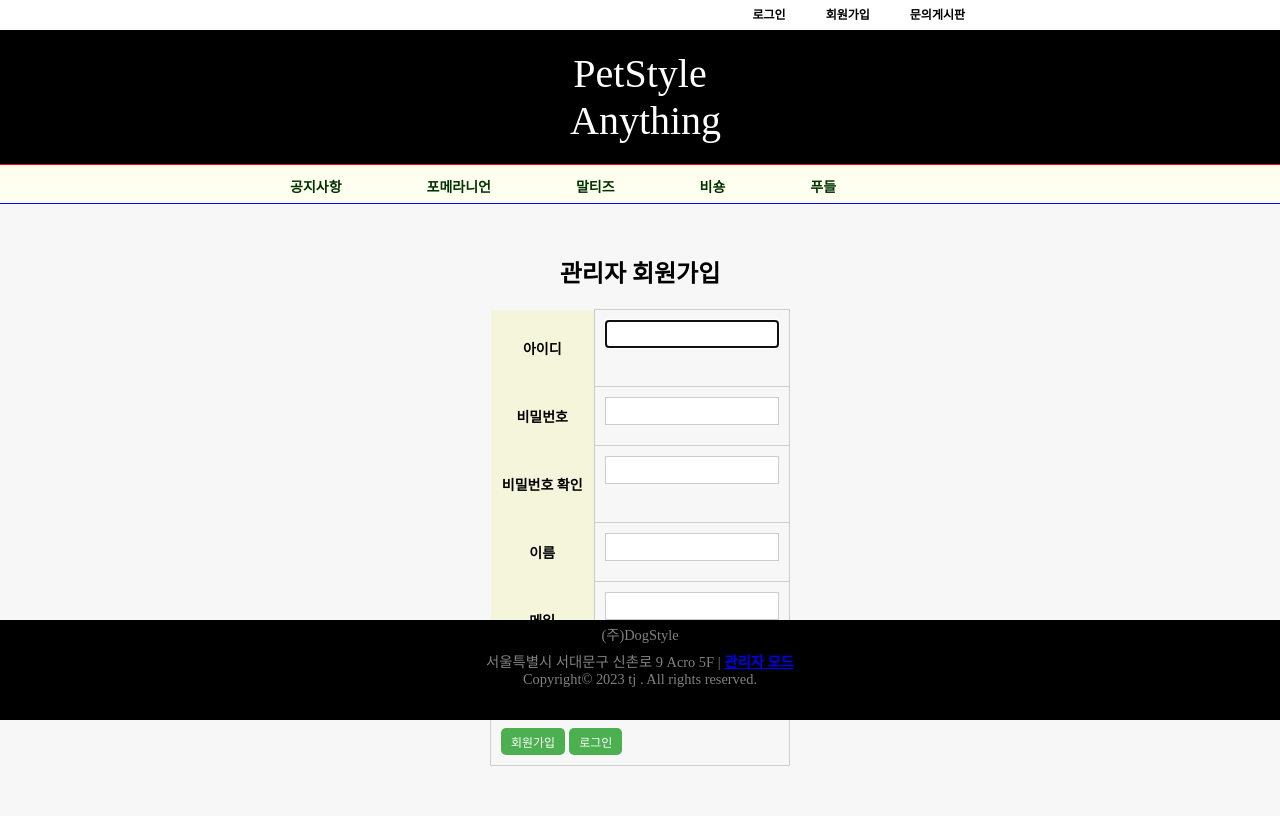
Repository: kdkk2000/Project
Page: http://localhost/petstyle/admin/adminJoin.jsp
The author's editor kept a copy of each file at every save. The page is drawn from the files as they stood at one save, then again after the next save.
The browser window is 1280 px wide. The pictures show the whole page.
The page is served by Tomcat 9. Other server files are loaded and not shown. The template is opened directly, without the code that normally fills it, so the values that code supplies are empty.

Above is the page before, as saved 2023-03-29 06:28:26.

### petstyle/WebContent/admin/adminJoin.jsp
<%@ page language="java" contentType="text/html; charset=UTF-8"
    pageEncoding="UTF-8"%>
<%@ taglib prefix="c" uri="http://java.sun.com/jsp/jstl/core" %>
<%@ taglib prefix="fmt" uri="http://java.sun.com/jsp/jstl/fmt"%>
<c:set var="conPath" value="${pageContext.request.contextPath }"/>
<!DOCTYPE html>
<html>
<head>
	<meta charset="UTF-8">
	<title>Admin Join</title>
	<link href="${conPath }/css/loginJoin.css" rel="stylesheet">
	<link rel="stylesheet" href="//code.jquery.com/ui/1.13.2/themes/base/jquery-ui.css">
	<script src="https://code.jquery.com/jquery-3.6.0.js"></script>
	<script src="https://code.jquery.com/ui/1.13.2/jquery-ui.js"></script>
	<script>
		$(function(){
			$('input[name="adminId"]').keyup(function(){
				var adminId = $(this).val();
				if(adminId.length<2){
					$('#adminIdConfirmResult').text('아이디는 2글자 이상');
				}else{
					$.ajax({
						url : '${conPath}/adminIdConfirm.do',
						type : 'get',
						data : 'adminId='+adminId,
						dataType : 'html',
						success : function(data){
							$('#adminIdConfirmResult').html(data);
						},
					});// ajax함수
				}//if
			});// keyup event
			$('input[name="adminPw"], input[name="adminPwChk"]').keyup(function(){
				var pw = $('input[name="adminPw"]').val();
				var pwChk = $('input[name="adminPwChk"]').val();
				if(pw == pwChk){
					$('#adminPwChkResult').text('비밀번호 일치');
				}else{
					$('#adminPwChkResult').text('비밀번호 불일치');
				}
			});// keyup event(비밀번호 일치 확인용)
			$('form').submit(function(){
				var adminIdConfirmResult = $('#adminIdConfirmResult').text().trim();
				var adminPwChkResult = $('#adminPwChkResult').text().trim();
				if(adminIdConfirmResult != '사용 가능한 ID입니다'){
					alert('사용 불가한 아이디입니다');
					$('input[name="adminId"]').focus();
					return false; // submit 제한
				}else if(adminPwChkResult != '비밀번호 일치'){
					alert('비밀번호를 확인하세요');
					$('input[name="adminPw"]').focus();
					return false;
				}
			});
		});
	</script>
</head>
<body>
	<jsp:include page="../main/header.jsp"/>
	<div id="content_form">
		<form action="${conPath}/adminJoin.do" method="post">
			<table>
				<caption>관리자 회원가입</caption>
				<tr>
				    <th>아이디</th>
				    <td>
				        <input type="text" name="adminId" required="required" autofocus="autofocus">
				        <div id="adminIdConfirmResult"> &nbsp; </div>
				    </td>
				</tr>
				<tr>
				    <th>비밀번호</th>
				    <td><input type="password" name="adminPw" required="required"></td>
				</tr>
				<tr>
				    <th>비밀번호 확인</th>
				    <td>
				        <input type="password" name="adminPwChk" required="required">
				        <div id="adminPwChkResult"> &nbsp; </div>
				    </td>
				</tr>
				<tr>
				    <th>이름</th>
				    <td><input type="text" name="adminName" required="required"></td>
				</tr>
				<tr>
				    <th>메일</th>
				    <td>
				        <input type="text" name="adminEmail" required="required">
				        <div id="adminEmailConfirmResult"> &nbsp; </div>
				    </td>
				</tr>
				<tr>
				    <th>전화번호</th>
				    <td><input type="text" name="adminPhone"></td>
				</tr>
				<tr>
					<td colspan="2">
						<p>
							<input type="submit" value="회원가입" class="btn">
							<input type="button" value="로그인" class="btn" onclick="location='${conPath}/adminLoginView.do'">
						</p>
					</td>
				</tr>
			</table>
		</form>
	</div>
	<jsp:include page="../main/footer.jsp"/>
</body>
</html>

### petstyle/WebContent/main/header.jsp
<%@ page language="java" contentType="text/html; charset=UTF-8"
    pageEncoding="UTF-8"%>
<%@taglib prefix="c" uri="http://java.sun.com/jsp/jstl/core"%>
<%@taglib prefix="fmt" uri="http://java.sun.com/jsp/jstl/fmt" %>
<c:set var="conPath" value="${pageContext.request.contextPath }"/>
<!DOCTYPE html>
<html>
<head>
	<meta charset="UTF-8">
	<title>Insert title here</title>
<style>
	*{padding:0; margin: 0;}
	header {
		background-color: black; font-size: 10pt; color: white;
	}
	header a {text-decoration: none; font-weight: bold;}
	header li {list-style: none;}
	header .gnb {
	    width: 100%;
	    background-color: white;
	    margin-left: auto;
	}
	header .gnb ul {
		overflow: hidden;
		width:700px;
		height: 30px;
		line-height: 30px;
		margin: 0 auto;
	}
	header .gnb ul li {	float: right; margin-right:10px;}
	header .gnb a {
		color : black;
		font-size: 0.9em;
		display: block;
		padding-left:15px;
		padding-right:15px;
	}
	header .gnb a:hover {
		font-size: 1.2em;
  		background-color: black;
  		color: white;
	}

	header .logo{
		width:140px; text-align:center;
		margin: 20px auto; font-size:3em;
		cursor: pointer;
	}
	header .lnb {
		background-color: ivory;
	  	width: 100%; height: 40px;
	  	border-top: 1px solid red;
		border-bottom: 1px solid blue;
		position:relative; /*서브메뉴가 main영역 위로 */
	}
	header .lnb ul{
		text-align:center;
		overflow: hidden;
		width:800px;
		margin: 0 auto;
	}
	header .lnb ul>li {
		font-weight: bold;
		font-size: 14px;
		margin: 5px;
		margin-left: 20px;
		float:left;
		padding:5px 30px;
		line-height: 25px;
	}
	header .lnb li:hover {
  		background-color: black;
  		color: white;
	}
	header .lnb a {
		color : white;
		font-size: 0.9em;
		display: block;
		padding-left:15px;
		padding-right:15px;
	}
	header .lnb a:hover {
  		background-color: yellow;
  		color: black;
	}
	header .lnb li {color: #003300;}
	header .lnb ul li .subMenu {display:none;}
	header .lnb ul li:hover .subMenu {display: block; margin: 10px 0 0 0;}
</style>
</head>
<body>
<header>
	<c:if test="${empty user and empty admin}"> <%-- 로그인 전 화면 --%>
		<div class="gnb">
			<ul>
				<li><a href="${conPath }/boardList.do">문의게시판</a></li>
				<li><a href="${conPath }/joinView.do">회원가입</a></li>
				<li><a href="${conPath }/loginView.do">로그인</a></li>
			</ul>
		</div>
		<div class="logo" onclick="location.href='${conPath}/main.do'">
			PetStyle Anything
		</div>
		<div class="lnb">
			<ul>
				<li>공지사항
					<ol class="subMenu">
						<li><a href="${conPath }/noticeList.do">공지사항</a></li>
					</ol>
				</li>
				<li>포메라니언
					<ol class="subMenu">
						<li><a href="../fileBoardUp/dog.jpg">곰돌이컷</a></li>
						<li><a href="#">물개컷</a></li>
						<li><a href="#">포메컷</a></li>
						<li><a href="#">라이언컷</a></li>
						<li><a href="#">풀코트</a></li>
					</ol>
				</li>
				<li>말티즈
					<ol class="subMenu">
						<li><a href="#">알밤컷</a></li>
						<li><a href="#">곰돌이컷</a></li>
						<li><a href="#">베이비컷 </a></li>
						<li><a href="#">무스타슈 </a></li>
					</ol>
				</li>
				<li>비숑
					<ol class="subMenu">
						<li><a href="#">하이바컷</a></li>
						<li><a href="#">귀툭튀컷</a></li>
					</ol>
				</li>
				<li>푸들
					<ol class="subMenu">
						<li><a href="#">양컷</a></li>
						<li><a href="#">몽키컷</a></li>
						<li><a href="#">브로콜리컷</a></li>
						<li><a href="#">테디베어컷</a></li>
						<li><a href="#">귀똑컷</a></li>
					</ol>
				</li>
			</ul>
		</div>
	</c:if>
	<c:if test="${not empty user and empty admin}"> <%-- 사용자 모드 로그인 화면--%>
		<div class="gnb">
			<ul>
				<li><a href="${conPath }/boardList.do">문의게시판</a></li>
				<li><a href="${conPath }/logout.do">로그아웃</a></li>
				<li><a href="${conPath }/modifyView.do">정보수정</a></li>
				<li><a>${user.userName }님 &nbsp; ▶</a></li>
			</ul>
		</div>
		<div class="logo" onclick="location.href='${conPath}/main.do'">
			PetStyle Anything
		</div>
		<div class="lnb">
			<ul>
				<li>공지사항
					<ol class="subMenu">
						<li><a href="${conPath }/noticeList.do">공지사항</a></li>
					</ol>
				</li>
				<li>포메라니언
					<ol class="subMenu">
						<li><a href="#">곰돌이컷</a></li>
						<li><a href="#">물개컷</a></li>
						<li><a href="#">포메컷</a></li>
						<li><a href="#">라이언컷</a></li>
						<li><a href="#">풀코트컷</a></li>
					</ol>
				</li>
				<li>말티즈
					<ol class="subMenu">
						<li><a href="#">알밤컷</a></li>
						<li><a href="#">곰돌이컷</a></li>
						<li><a href="#">베이비컷 </a></li>
						<li><a href="#">무스타슈컷 </a></li>
					</ol>
				</li>
				<li>비숑
					<ol class="subMenu">
						<li><a href="#">하이바컷</a></li>
						<li><a href="#">귀툭튀컷</a></li>
					</ol>
				</li>
				<li>푸들
					<ol class="subMenu">
						<li><a href="#">양컷</a></li>
						<li><a href="#">몽키컷</a></li>
						<li><a href="#">브로콜리컷</a></li>
						<li><a href="#">테디베어컷</a></li>
						<li><a href="#">귀똑컷</a></li>
					</ol>
				</li>
			</ul>
		</div>
	</c:if>
	<c:if test="${empty user and not empty admin}"> <%-- 관리자 모드 로그인 화면--%>
		<div class="gnb">
			<ul>
				<li><a href="${conPath }/boardList.do">문의게시판</a></li>
				<li><a href="${conPath }/logout.do">관리자모드나가기</a></li>
				<li><a href="${conPath }/adminModify.do">정보수정</a></li>
				<li><a>${admin.adminName }님 &nbsp; ▶</a></li>
			</ul>
		</div>
		<div class="logo" onclick="location.href='${conPath}/main.do'">
			PetStyle Anything
		</div>
		<div class="lnb">
			<ul>
				<li>공지사항
					<ol class="subMenu">
						<li><a href="${conPath }/noticeList.do">공지사항</a></li>
					</ol>
				</li>
				<li>회원 리스트
					<ol class="subMenu">
						<li><a href="${conPath }/allUser.do">회원 리스트</a></li>
					</ol>
				</li>
				<li>관리자 메모장
					<ol class="subMenu">
						<li><a href="#">관리자 메모장</a></li>
					</ol>
				</li>
			</ul>
		</div>
	</c:if>
</header>
</body>
</html>

### petstyle/WebContent/main/footer.jsp
<%@ page language="java" contentType="text/html; charset=UTF-8"
    pageEncoding="UTF-8"%>
<%@taglib prefix="c" uri="http://java.sun.com/jsp/jstl/core"%>
<%@taglib prefix="fmt" uri="http://java.sun.com/jsp/jstl/fmt" %>
<c:set var="conPath" value="${pageContext.request.contextPath }"/>
<!DOCTYPE html>
<html>
<head>
<meta charset="UTF-8">
<title>Insert title here</title>
	<style>
	footer {
		position: fixed;
		bottom: 0;
		height: 100px;
		background-color: black;
		width: 100%;
	}

	#footer_conts {
		color: gray;
		font-size: 0.9em;
		text-align: center;
		margin: 0 auto;
		width: 80%;
	}

	#footer_conts p:first-child {
		height: 30px;
		line-height: 30px;
	}
</style>
</head>
<body>
	<footer>
		<div id="footer_conts">
			<p>(주)DogStyle</p>
			<p>서울특별시 서대문구 신촌로 9 Acro 5F | <b><a href="${conPath }/adminLoginView.do">관리자 모드</a></b></p>
			<p>Copyright© 2023 tj . All rights reserved.</p>
		</div>
	</footer>
</body>
</html>

### petstyle/WebContent/css/loginJoin.css
* {
  box-sizing: border-box;
  margin: 0;
  padding: 0;
}

body {
  background-color: #f7f7f7;
}

#content_form {
  margin: 50px auto;
  width: 300px;
}

table {
  border-collapse: collapse;
  margin: 0 auto;
  width: 100%;
  font-size: 16px;
}

table caption {
  font-size: 24px;
  font-weight: bold;
  margin-bottom: 20px;
}

table th {
  background-color: beige;
  color: black;
  font-size: 14px;
  padding: 10px;
  text-align: center;
}

table td {
  border: 1px solid #ccc;
  padding: 10px;
}

table td:first-child {
  font-weight: bold;
  width: 100px;
}

input[type="text"],
input[type="password"],
textarea {
  border: 1px solid #ccc;
  padding: 6px;
  font-size: 12px;
  width: 100%;
  margin-bottom: 10px;
}

#userIdConfirmResult,
#userPwChkResult,
#userEmailConfirmResult {
  font-size: 12px;
  font-weight: bold;
  color: #333;
  margin-top: 5px;
}

.btn {
  background-color: #4CAF50;
  border: none;
  border-radius: 5px;
  color: #fff;
  cursor: pointer;
  padding: 5px 10px;
  font-size: 12px;
  text-align: center;
}

.btn:hover {
  background-color: black;
}

.btn:last-child {
  margin-right: 0;
}

After the next save:
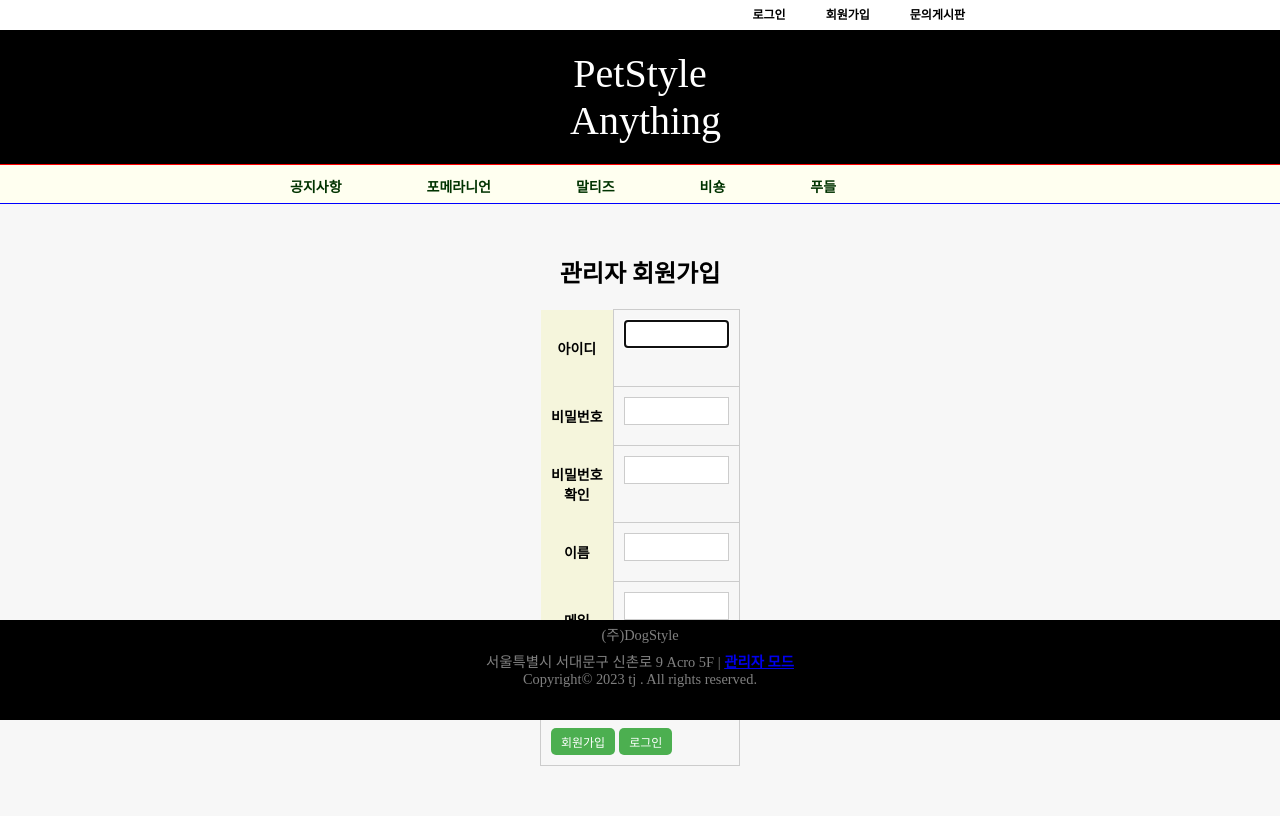
Saved 49 s later.
--- a/petstyle/WebContent/css/loginJoin.css
+++ b/petstyle/WebContent/css/loginJoin.css
@@ -10,7 +10,7 @@ body {
 
 #content_form {
   margin: 50px auto;
-  width: 300px;
+  width: 200px;
 }
 
 table {
